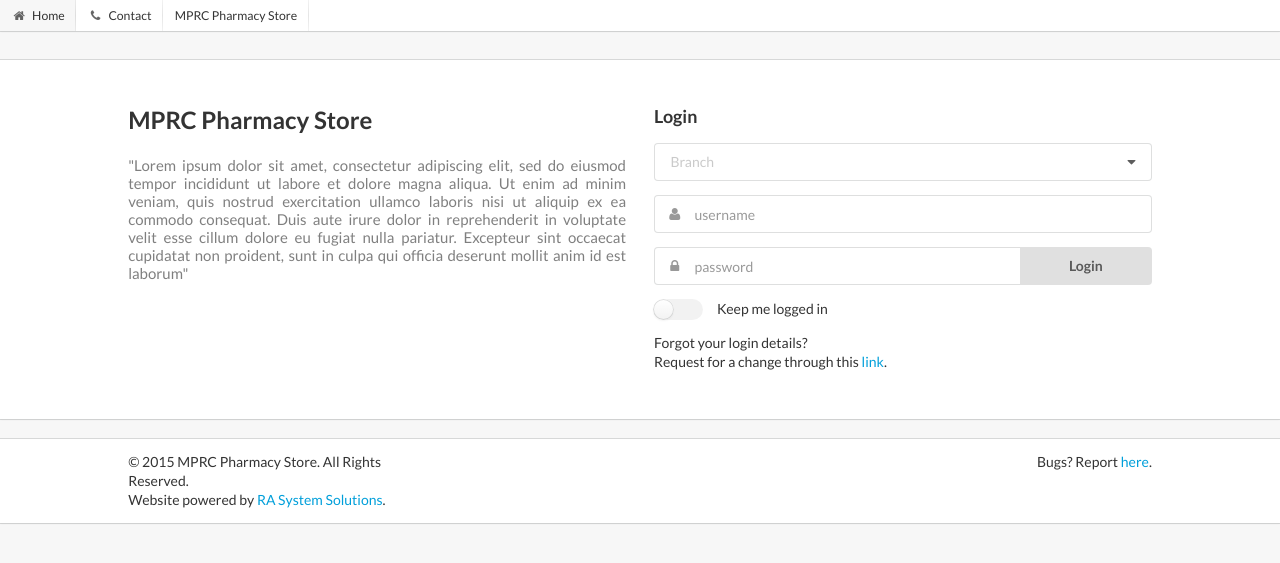
Repository: thdrwngkd/oims
Page: public/index.html
The author's editor kept a record of every edit. The page is drawn from the files as they stood at one moment, then again after the next edit.
The browser window is 1280 px wide. The pictures show the whole page.

Above is the page before.

### public/index.html
<!DOCTYPE html>
<html>
  <head>
    <!-- Standard Meta -->
    <meta charset="utf-8" />
    <meta http-equiv="X-UA-Compatible" content="IE=edge,chrome=1" />
    <meta name="viewport" content="width=device-width, initial-scale=1.0, maximum-scale=1.0">

    <!-- Site Properities -->
    <title>Online Inventory Management</title>

    <link href="../dist/googleapis.css" rel="stylesheet" type="text/css">
    <link href="../dist/semantic.css"   rel="stylesheet" type="text/css">
    <link href="../src/css/base.css"    rel="stylesheet" type="text/css">

    <script src="../dist/jquery.js"></script>
    <script src="../dist/jquery.address.js"></script>
    <script src="../dist/semantic.js"></script>

  </head>
  <body>
    <!-- Start  Header Navbar -->
    <header>
      <nav class="ui fixed fluid main small menu">
        <a class="item" href="#"><i class="home icon"></i>  Home</a>
        <a class="item" href="#"><i class="call icon"></i>  Contact</a>
        <a class="item">MPRC Pharmacy Store</a>
      </nav>
    </header>
    <!-- End    Header Navbar -->
    <div class="clear height sixty pixels"></div>
    <!-- Start  Section Masthead Segment -->
    <section class="ui center segment clear">
      <div class="ui stackable page grid top-bottom margin twenty pixels">
        <div class="two column row">
          <div class="column">
            <h2 class="ui header">
              MPRC Pharmacy Store
              <div class="sub header" style="margin-top: 20px; text-align: justify">
                "Lorem ipsum dolor sit amet, consectetur adipiscing elit, sed do eiusmod tempor incididunt ut labore et dolore magna aliqua. Ut enim ad minim veniam, quis nostrud exercitation ullamco laboris nisi ut aliquip ex ea commodo consequat. Duis aute irure dolor in reprehenderit in voluptate velit esse cillum dolore eu fugiat nulla pariatur. Excepteur sint occaecat cupidatat non proident, sunt in culpa qui officia deserunt mollit anim id est laborum"
              </div>
            </h2>
          </div>
          <div class="column">
            <h3 class="ui header">
              Login
            </h3>
            <form class="ui fluid form">
              <div class="field">
                <div class="ui selection dropdown">
                  <input type="hidden" name="gender">
                  <div class="default text">Branch</div>
                  <i class="dropdown icon"></i>
                  <div class="menu">
                    <div class="item" data-value="male">Pag-Asa</div>
                    <div class="item" data-value="female">Daang Tubo</div>
                  </div>
                </div>
              </div>
              <div class="field">
                <div class="ui left icon input">
                  <input type="text" placeholder="username">
                  <i class="user icon"></i>
                </div>
              </div>
              <div class="field">
                <div class="ui left icon action input">
                  <i class="lock icon"></i>
                  <input name="email" type="text" placeholder="password">
                  <div class="ui submit button">Login</div>
                </div>
              </div>
              <div class="field">
                <div class="ui toggle checkbox">
                  <input type="checkbox" name="keep_logged" value="x">
                  <label>Keep me logged in</label>
                </div>
              </div>
              <div class="field">
                <p>Forgot your login details?<br>Request for a change through this <a href="forgot-password.html">link</a>.</p>
              </div>
            </form>
          </div>
        </div>
      </div>

    </section>
    <!-- End    Projects Section -->
    <div class="clear height twenty pixels"></div>
    <!-- Start  About Section -->
    <section class="ui footer segment clear">
      <div class="ui page grid">
        <div class="row">
          <div class="left floated five wide column">
            <div>© 2015 MPRC Pharmacy Store. All Rights Reserved. <div>Website powered by <a href="">RA System Solutions</a>.</div></div>
          </div>
          <div class="five wide column">
            <p></p>
          </div>
          <div class="right floated right aligned six wide column">
            <p>Bugs? Report <a href="">here</a>.</p>
          </div>
        </div>
      </div>
    </section>
    <!-- End    About Section -->
    <!-- Javascript Imports -->
      <script src="../dist/base.js"></script>
    <!-- Javascript Imports -->
  </body>
</html>

### dist/googleapis.css
/* cyrillic-ext */
@font-face {
  font-family: 'Open Sans';
  font-style: normal;
  font-weight: 300;
  src: local('Open Sans Light'), local('OpenSans-Light'), url(http://fonts.gstatic.com/s/opensans/v10/DXI1ORHCpsQm3Vp6mXoaTSUUniRZcd_wq8DYmIfsw2A.woff2) format('woff2');
  unicode-range: U+0460-052F, U+20B4, U+2DE0-2DFF, U+A640-A69F;
}
/* cyrillic */
@font-face {
  font-family: 'Open Sans';
  font-style: normal;
  font-weight: 300;
  src: local('Open Sans Light'), local('OpenSans-Light'), url(http://fonts.gstatic.com/s/opensans/v10/DXI1ORHCpsQm3Vp6mXoaTeXREeHhJi4GEUJI9ob_ak4.woff2) format('woff2');
  unicode-range: U+0400-045F, U+0490-0491, U+04B0-04B1, U+2116;
}
/* devanagari */
@font-face {
  font-family: 'Open Sans';
  font-style: normal;
  font-weight: 300;
  src: local('Open Sans Light'), local('OpenSans-Light'), url(http://fonts.gstatic.com/s/opensans/v10/DXI1ORHCpsQm3Vp6mXoaTY0Uz7fbu6RM5MPetubMKio.woff2) format('woff2');
  unicode-range: U+02BC, U+0900-097F, U+1CD0-1CF6, U+1CF8-1CF9, U+200B-200D, U+20A8, U+20B9, U+25CC, U+A830-A839, U+A8E0-A8FB;
}
/* greek-ext */
@font-face {
  font-family: 'Open Sans';
  font-style: normal;
  font-weight: 300;
  src: local('Open Sans Light'), local('OpenSans-Light'), url(http://fonts.gstatic.com/s/opensans/v10/DXI1ORHCpsQm3Vp6mXoaTfzy0yu4vcvNhe7QLuoE8rU.woff2) format('woff2');
  unicode-range: U+1F00-1FFF;
}
/* greek */
@font-face {
  font-family: 'Open Sans';
  font-style: normal;
  font-weight: 300;
  src: local('Open Sans Light'), local('OpenSans-Light'), url(http://fonts.gstatic.com/s/opensans/v10/DXI1ORHCpsQm3Vp6mXoaTc9-ZSaZ3mOOsU9E1f6DGWc.woff2) format('woff2');
  unicode-range: U+0370-03FF;
}
/* vietnamese */
@font-face {
  font-family: 'Open Sans';
  font-style: normal;
  font-weight: 300;
  src: local('Open Sans Light'), local('OpenSans-Light'), url(http://fonts.gstatic.com/s/opensans/v10/DXI1ORHCpsQm3Vp6mXoaTYZI5FoslwusAsZHK_V0XCI.woff2) format('woff2');
  unicode-range: U+0102-0103, U+1EA0-1EF1, U+20AB;
}
/* latin-ext */
@font-face {
  font-family: 'Open Sans';
  font-style: normal;
  font-weight: 300;
  src: local('Open Sans Light'), local('OpenSans-Light'), url(http://fonts.gstatic.com/s/opensans/v10/DXI1ORHCpsQm3Vp6mXoaTRUOjZSKWg4xBWp_C_qQx0o.woff2) format('woff2');
  unicode-range: U+0100-024F, U+1E00-1EFF, U+20A0-20AB, U+20AD-20CF, U+2C60-2C7F, U+A720-A7FF;
}
/* latin */
@font-face {
  font-family: 'Open Sans';
  font-style: normal;
  font-weight: 300;
  src: local('Open Sans Light'), local('OpenSans-Light'), url(http://fonts.gstatic.com/s/opensans/v10/DXI1ORHCpsQm3Vp6mXoaTegdm0LZdjqr5-oayXSOefg.woff2) format('woff2');
  unicode-range: U+0000-00FF, U+0131, U+0152-0153, U+02C6, U+02DA, U+02DC, U+2000-206F, U+2074, U+20AC, U+2212, U+2215, U+E0FF, U+EFFD, U+F000;
}
/* cyrillic-ext */
@font-face {
  font-family: 'Open Sans';
  font-style: normal;
  font-weight: 400;
  src: local('Open Sans'), local('OpenSans'), url(http://fonts.gstatic.com/s/opensans/v10/K88pR3goAWT7BTt32Z01m1tXRa8TVwTICgirnJhmVJw.woff2) format('woff2');
  unicode-range: U+0460-052F, U+20B4, U+2DE0-2DFF, U+A640-A69F;
}
/* cyrillic */
@font-face {
  font-family: 'Open Sans';
  font-style: normal;
  font-weight: 400;
  src: local('Open Sans'), local('OpenSans'), url(http://fonts.gstatic.com/s/opensans/v10/RjgO7rYTmqiVp7vzi-Q5UVtXRa8TVwTICgirnJhmVJw.woff2) format('woff2');
  unicode-range: U+0400-045F, U+0490-0491, U+04B0-04B1, U+2116;
}
/* devanagari */
@font-face {
  font-family: 'Open Sans';
  font-style: normal;
  font-weight: 400;
  src: local('Open Sans'), local('OpenSans'), url(http://fonts.gstatic.com/s/opensans/v10/ttwNtsRpgsxVmgGGmiUOEltXRa8TVwTICgirnJhmVJw.woff2) format('woff2');
  unicode-range: U+02BC, U+0900-097F, U+1CD0-1CF6, U+1CF8-1CF9, U+200B-200D, U+20A8, U+20B9, U+25CC, U+A830-A839, U+A8E0-A8FB;
}
/* greek-ext */
@font-face {
  font-family: 'Open Sans';
  font-style: normal;
  font-weight: 400;
  src: local('Open Sans'), local('OpenSans'), url(http://fonts.gstatic.com/s/opensans/v10/LWCjsQkB6EMdfHrEVqA1KVtXRa8TVwTICgirnJhmVJw.woff2) format('woff2');
  unicode-range: U+1F00-1FFF;
}
/* greek */
@font-face {
  font-family: 'Open Sans';
  font-style: normal;
  font-weight: 400;
  src: local('Open Sans'), local('OpenSans'), url(http://fonts.gstatic.com/s/opensans/v10/xozscpT2726on7jbcb_pAltXRa8TVwTICgirnJhmVJw.woff2) format('woff2');
  unicode-range: U+0370-03FF;
}
/* vietnamese */
@font-face {
  font-family: 'Open Sans';
  font-style: normal;
  font-weight: 400;
  src: local('Open Sans'), local('OpenSans'), url(http://fonts.gstatic.com/s/opensans/v10/59ZRklaO5bWGqF5A9baEEVtXRa8TVwTICgirnJhmVJw.woff2) format('woff2');
  unicode-range: U+0102-0103, U+1EA0-1EF1, U+20AB;
}
/* latin-ext */
@font-face {
  font-family: 'Open Sans';
  font-style: normal;
  font-weight: 400;
  src: local('Open Sans'), local('OpenSans'), url(http://fonts.gstatic.com/s/opensans/v10/u-WUoqrET9fUeobQW7jkRVtXRa8TVwTICgirnJhmVJw.woff2) format('woff2');
  unicode-range: U+0100-024F, U+1E00-1EFF, U+20A0-20AB, U+20AD-20CF, U+2C60-2C7F, U+A720-A7FF;
}
/* latin */
@font-face {
  font-family: 'Open Sans';
  font-style: normal;
  font-weight: 400;
  src: local('Open Sans'), local('OpenSans'), url(http://fonts.gstatic.com/s/opensans/v10/cJZKeOuBrn4kERxqtaUH3VtXRa8TVwTICgirnJhmVJw.woff2) format('woff2');
  unicode-range: U+0000-00FF, U+0131, U+0152-0153, U+02C6, U+02DA, U+02DC, U+2000-206F, U+2074, U+20AC, U+2212, U+2215, U+E0FF, U+EFFD, U+F000;
}
/* cyrillic-ext */
@font-face {
  font-family: 'Open Sans';
  font-style: normal;
  font-weight: 700;
  src: local('Open Sans Bold'), local('OpenSans-Bold'), url(http://fonts.gstatic.com/s/opensans/v10/k3k702ZOKiLJc3WVjuplzCUUniRZcd_wq8DYmIfsw2A.woff2) format('woff2');
  unicode-range: U+0460-052F, U+20B4, U+2DE0-2DFF, U+A640-A69F;
}
/* cyrillic */
@font-face {
  font-family: 'Open Sans';
  font-style: normal;
  font-weight: 700;
  src: local('Open Sans Bold'), local('OpenSans-Bold'), url(http://fonts.gstatic.com/s/opensans/v10/k3k702ZOKiLJc3WVjuplzOXREeHhJi4GEUJI9ob_ak4.woff2) format('woff2');
  unicode-range: U+0400-045F, U+0490-0491, U+04B0-04B1, U+2116;
}
/* devanagari */
@font-face {
  font-family: 'Open Sans';
  font-style: normal;
  font-weight: 700;
  src: local('Open Sans Bold'), local('OpenSans-Bold'), url(http://fonts.gstatic.com/s/opensans/v10/k3k702ZOKiLJc3WVjuplzI0Uz7fbu6RM5MPetubMKio.woff2) format('woff2');
  unicode-range: U+02BC, U+0900-097F, U+1CD0-1CF6, U+1CF8-1CF9, U+200B-200D, U+20A8, U+20B9, U+25CC, U+A830-A839, U+A8E0-A8FB;
}
/* greek-ext */
@font-face {
  font-family: 'Open Sans';
  font-style: normal;
  font-weight: 700;
  src: local('Open Sans Bold'), local('OpenSans-Bold'), url(http://fonts.gstatic.com/s/opensans/v10/k3k702ZOKiLJc3WVjuplzPzy0yu4vcvNhe7QLuoE8rU.woff2) format('woff2');
  unicode-range: U+1F00-1FFF;
}
/* greek */
@font-face {
  font-family: 'Open Sans';
  font-style: normal;
  font-weight: 700;
  src: local('Open Sans Bold'), local('OpenSans-Bold'), url(http://fonts.gstatic.com/s/opensans/v10/k3k702ZOKiLJc3WVjuplzM9-ZSaZ3mOOsU9E1f6DGWc.woff2) format('woff2');
  unicode-range: U+0370-03FF;
}
/* vietnamese */
@font-face {
  font-family: 'Open Sans';
  font-style: normal;
  font-weight: 700;
  src: local('Open Sans Bold'), local('OpenSans-Bold'), url(http://fonts.gstatic.com/s/opensans/v10/k3k702ZOKiLJc3WVjuplzIZI5FoslwusAsZHK_V0XCI.woff2) format('woff2');
  unicode-range: U+0102-0103, U+1EA0-1EF1, U+20AB;
}
/* latin-ext */
@font-face {
  font-family: 'Open Sans';
  font-style: normal;
  font-weight: 700;
  src: local('Open Sans Bold'), local('OpenSans-Bold'), url(http://fonts.gstatic.com/s/opensans/v10/k3k702ZOKiLJc3WVjuplzBUOjZSKWg4xBWp_C_qQx0o.woff2) format('woff2');
  unicode-range: U+0100-024F, U+1E00-1EFF, U+20A0-20AB, U+20AD-20CF, U+2C60-2C7F, U+A720-A7FF;
}
/* latin */
@font-face {
  font-family: 'Open Sans';
  font-style: normal;
  font-weight: 700;
  src: local('Open Sans Bold'), local('OpenSans-Bold'), url(http://fonts.gstatic.com/s/opensans/v10/k3k702ZOKiLJc3WVjuplzOgdm0LZdjqr5-oayXSOefg.woff2) format('woff2');
  unicode-range: U+0000-00FF, U+0131, U+0152-0153, U+02C6, U+02DA, U+02DC, U+2000-206F, U+2074, U+20AC, U+2212, U+2215, U+E0FF, U+EFFD, U+F000;
}
/* cyrillic-ext */
@font-face {
  font-family: 'Open Sans';
  font-style: italic;
  font-weight: 300;
  src: local('Open Sans Light Italic'), local('OpenSansLight-Italic'), url(http://fonts.gstatic.com/s/opensans/v10/PRmiXeptR36kaC0GEAetxnJcj75aoY2FkN1K7fN5pSM.woff2) format('woff2');
  unicode-range: U+0460-052F, U+20B4, U+2DE0-2DFF, U+A640-A69F;
}
/* cyrillic */
@font-face {
  font-family: 'Open Sans';
  font-style: italic;
  font-weight: 300;
  src: local('Open Sans Light Italic'), local('OpenSansLight-Italic'), url(http://fonts.gstatic.com/s/opensans/v10/PRmiXeptR36kaC0GEAetxn1Xmpo4ASt4tV2E8fbn9tc.woff2) format('woff2');
  unicode-range: U+0400-045F, U+0490-0491, U+04B0-04B1, U+2116;
}
/* devanagari */
@font-face {
  font-family: 'Open Sans';
  font-style: italic;
  font-weight: 300;
  src: local('Open Sans Light Italic'), local('OpenSansLight-Italic'), url(http://fonts.gstatic.com/s/opensans/v10/PRmiXeptR36kaC0GEAetxp0ZClPV6EjNt18zha_DeYY.woff2) format('woff2');
  unicode-range: U+02BC, U+0900-097F, U+1CD0-1CF6, U+1CF8-1CF9, U+200B-200D, U+20A8, U+20B9, U+25CC, U+A830-A839, U+A8E0-A8FB;
}
/* greek-ext */
@font-face {
  font-family: 'Open Sans';
  font-style: italic;
  font-weight: 300;
  src: local('Open Sans Light Italic'), local('OpenSansLight-Italic'), url(http://fonts.gstatic.com/s/opensans/v10/PRmiXeptR36kaC0GEAetxhvwU2jSZ_W3bMnLe__5hmc.woff2) format('woff2');
  unicode-range: U+1F00-1FFF;
}
/* greek */
@font-face {
  font-family: 'Open Sans';
  font-style: italic;
  font-weight: 300;
  src: local('Open Sans Light Italic'), local('OpenSansLight-Italic'), url(http://fonts.gstatic.com/s/opensans/v10/PRmiXeptR36kaC0GEAetxlG2YASMDG4K4_XuakzasE8.woff2) format('woff2');
  unicode-range: U+0370-03FF;
}
/* vietnamese */
@font-face {
  font-family: 'Open Sans';
  font-style: italic;
  font-weight: 300;
  src: local('Open Sans Light Italic'), local('OpenSansLight-Italic'), url(http://fonts.gstatic.com/s/opensans/v10/PRmiXeptR36kaC0GEAetxqRhChYxGgJf4PX4Wvk4Rlk.woff2) format('woff2');
  unicode-range: U+0102-0103, U+1EA0-1EF1, U+20AB;
}
/* latin-ext */
@font-face {
  font-family: 'Open Sans';
  font-style: italic;
  font-weight: 300;
  src: local('Open Sans Light Italic'), local('OpenSansLight-Italic'), url(http://fonts.gstatic.com/s/opensans/v10/PRmiXeptR36kaC0GEAetxo05NJhCxBV64hQBJiatqx0.woff2) format('woff2');
  unicode-range: U+0100-024F, U+1E00-1EFF, U+20A0-20AB, U+20AD-20CF, U+2C60-2C7F, U+A720-A7FF;
}
/* latin */
@font-face {
  font-family: 'Open Sans';
  font-style: italic;
  font-weight: 300;
  src: local('Open Sans Light Italic'), local('OpenSansLight-Italic'), url(http://fonts.gstatic.com/s/opensans/v10/PRmiXeptR36kaC0GEAetxko2lTMeWA_kmIyWrkNCwPc.woff2) format('woff2');
  unicode-range: U+0000-00FF, U+0131, U+0152-0153, U+02C6, U+02DA, U+02DC, U+2000-206F, U+2074, U+20AC, U+2212, U+2215, U+E0FF, U+EFFD, U+F000;
}
/* vietnamese */
@font-face {
  font-family: 'Source Sans Pro';
  font-style: normal;
  font-weight: 400;
  src: local('Source Sans Pro'), local('SourceSansPro-Regular'), url(http://fonts.gstatic.com/s/sourcesanspro/v9/ODelI1aHBYDBqgeIAH2zlNOAHFN6BivSraYkjhveRHY.woff2) format('woff2');
  unicode-range: U+0102-0103, U+1EA0-1EF1, U+20AB;
}
/* latin-ext */
@font-face {
  font-family: 'Source Sans Pro';
  font-style: normal;
  font-weight: 400;
  src: local('Source Sans Pro'), local('SourceSansPro-Regular'), url(http://fonts.gstatic.com/s/sourcesanspro/v9/ODelI1aHBYDBqgeIAH2zlC2Q8seG17bfDXYR_jUsrzg.woff2) format('woff2');
  unicode-range: U+0100-024F, U+1E00-1EFF, U+20A0-20AB, U+20AD-20CF, U+2C60-2C7F, U+A720-A7FF;
}
/* latin */
@font-face {
  font-family: 'Source Sans Pro';
  font-style: normal;
  font-weight: 400;
  src: local('Source Sans Pro'), local('SourceSansPro-Regular'), url(http://fonts.gstatic.com/s/sourcesanspro/v9/ODelI1aHBYDBqgeIAH2zlNV_2ngZ8dMf8fLgjYEouxg.woff2) format('woff2');
  unicode-range: U+0000-00FF, U+0131, U+0152-0153, U+02C6, U+02DA, U+02DC, U+2000-206F, U+2074, U+20AC, U+2212, U+2215, U+E0FF, U+EFFD, U+F000;
}
/* vietnamese */
@font-face {
  font-family: 'Source Sans Pro';
  font-style: normal;
  font-weight: 700;
  src: local('Source Sans Pro Bold'), local('SourceSansPro-Bold'), url(http://fonts.gstatic.com/s/sourcesanspro/v9/toadOcfmlt9b38dHJxOBGDovqjS_dXPZszO_XltPdNg.woff2) format('woff2');
  unicode-range: U+0102-0103, U+1EA0-1EF1, U+20AB;
}
/* latin-ext */
@font-face {
  font-family: 'Source Sans Pro';
  font-style: normal;
  font-weight: 700;
  src: local('Source Sans Pro Bold'), local('SourceSansPro-Bold'), url(http://fonts.gstatic.com/s/sourcesanspro/v9/toadOcfmlt9b38dHJxOBGFxe-GPfKKFmiXaJ_Q0GFr8.woff2) format('woff2');
  unicode-range: U+0100-024F, U+1E00-1EFF, U+20A0-20AB, U+20AD-20CF, U+2C60-2C7F, U+A720-A7FF;
}
/* latin */
@font-face {
  font-family: 'Source Sans Pro';
  font-style: normal;
  font-weight: 700;
  src: local('Source Sans Pro Bold'), local('SourceSansPro-Bold'), url(http://fonts.gstatic.com/s/sourcesanspro/v9/toadOcfmlt9b38dHJxOBGEo0As1BFRXtCDhS66znb_k.woff2) format('woff2');
  unicode-range: U+0000-00FF, U+0131, U+0152-0153, U+02C6, U+02DA, U+02DC, U+2000-206F, U+2074, U+20AC, U+2212, U+2215, U+E0FF, U+EFFD, U+F000;
}

### src/css/base.css

      .clear.height {
        height: 0;
      }

      .clear.height.ten.pixels {
        height: 10px;
      }

      .clear.height.twenty.pixels {
        height: 20px;
      }

      .clear.height.forty.pixels {
        height: 40px;
      }

      .clear.height.sixty.pixels {
        height: 60px;
      }

      .clear.height.eighty.pixels {
        height: 80px;
      }

      .clear.height.one.hundred.pixels {
        height: 100px;
      }

      .clear.height.two.hundred.pixels {
        height: 200px;
      }

      .ui.clear {
        border-radius: 0;
        margin: 0;
      }

      .ui.top-bottom.margin {
        margin-top: 100px;
        margin-bottom: 100px;
      }

      .ui.top-bottom.margin.ten.pixels {
        margin-top:     10px;
        margin-bottom:  10px;
      }

      .ui.top-bottom.margin.twenty.pixels {
        margin-top:     20px;
        margin-bottom:  20px;
      }

      .ui.top-bottom.margin.forty.pixels {
        margin-top:     40px;
        margin-bottom:  40px;
      }

      .ui.skill.label {
        margin-top: 4px;
        margin-bottom: 4px;
      }

      .bordered {
        border: 1px solid black;
      }

### dist/base.js
$(document).ready(function(){
  $('.dropdown').dropdown();
  $('.checkbox').checkbox();
});

Loaded but not shown: dist/semantic.css (library); dist/jquery.js (library); dist/jquery.address.js (library); dist/semantic.js (library)

After the next edit:
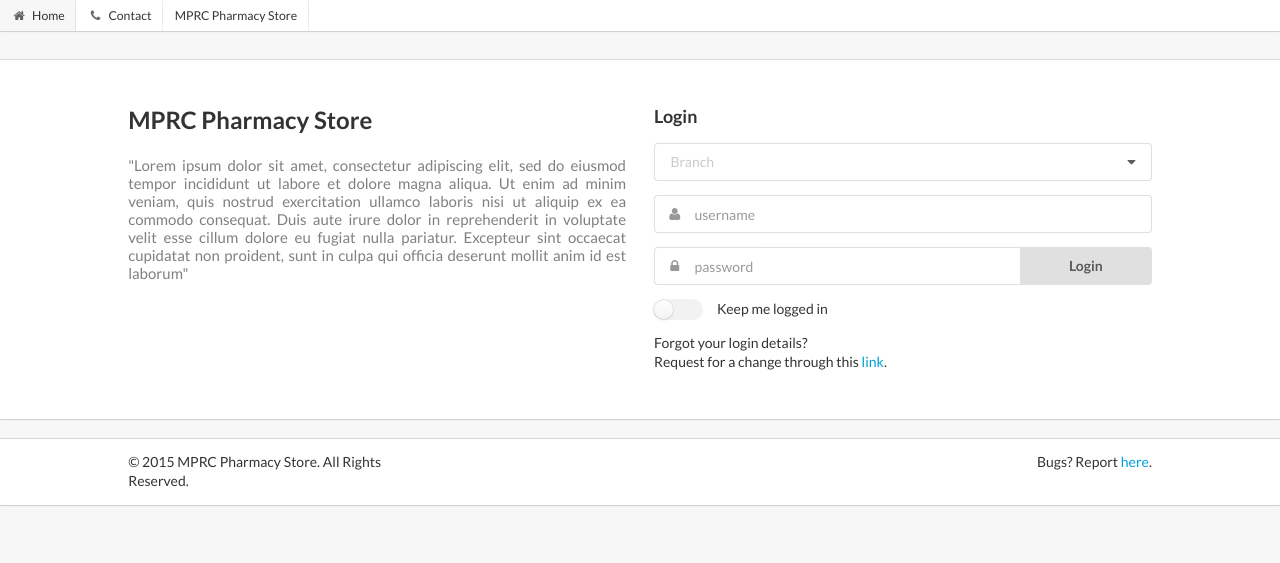
The edit:
--- a/public/index.html
+++ b/public/index.html
@@ -92,7 +92,7 @@
       <div class="ui page grid">
         <div class="row">
           <div class="left floated five wide column">
-            <div>© 2015 MPRC Pharmacy Store. All Rights Reserved. <div>Website powered by <a href="">RA System Solutions</a>.</div></div>
+            <div>© 2015 MPRC Pharmacy Store. All Rights Reserved. <div></div></div>
           </div>
           <div class="five wide column">
             <p></p>
